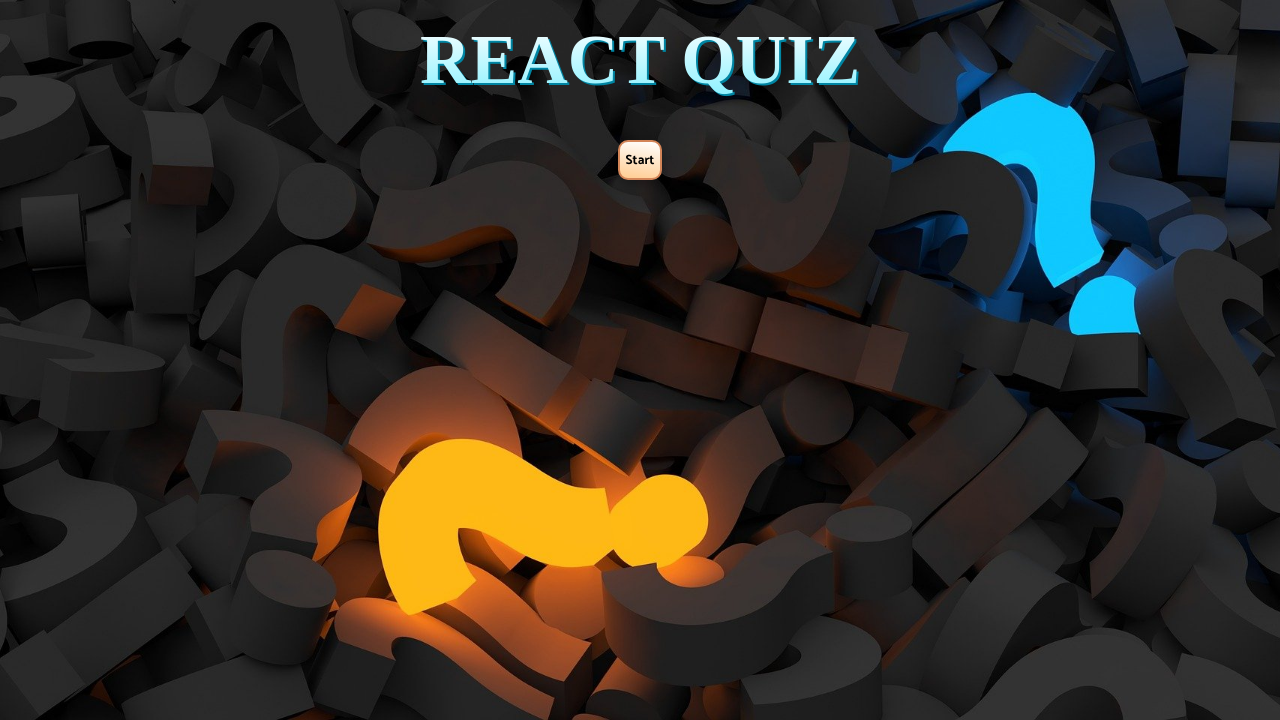
Repository: KrzysKolo/quizAPP
Page: /
These files come from the project's save history. The page is drawn as it stood at one moment and after the next save; the edit follows.
The browser window is 1280 px wide. The pictures show the whole page.
The project was rebuilt for these pictures with package versions that can differ from the ones it lists, and the page was loaded fresh each time. Also part of the build but not shown: src/components/QuestionCard.tsx. Imported but missing from the stored project, and not drawn on this page: src/components/QuestionCard.styles.

Above is the page before, as saved 2021-04-24 19:15:39.

### public/index.html
<!DOCTYPE html>
<html lang="en">
  <head>
    <meta charset="utf-8" />
    <link rel="icon" href="%PUBLIC_URL%/favicon.ico" />
    <meta name="viewport" content="width=device-width, initial-scale=1" />
    <meta name="theme-color" content="#000000" />
    <meta
      name="description"
      content="Web site created using create-react-app"
    />
    <link rel="apple-touch-icon" href="%PUBLIC_URL%/logo192.png" />
    <!--
      manifest.json provides metadata used when your web app is installed on a
      user's mobile device or desktop. See https://developers.google.com/web/fundamentals/web-app-manifest/
    -->
    <link rel="manifest" href="%PUBLIC_URL%/manifest.json" />
    <!--
      Notice the use of %PUBLIC_URL% in the tags above.
      It will be replaced with the URL of the `public` folder during the build.
      Only files inside the `public` folder can be referenced from the HTML.

      Unlike "/favicon.ico" or "favicon.ico", "%PUBLIC_URL%/favicon.ico" will
      work correctly both with client-side routing and a non-root public URL.
      Learn how to configure a non-root public URL by running `npm run build`.
    -->
    <link rel="preconnect" href="https://fonts.gstatic.com">
<link href="https://fonts.googleapis.com/css2?family=Catamaran:wght@700&family=Roboto&display=swap" rel="stylesheet">
    <title>Quiz App</title>
  </head>
  <body>
    <noscript>You need to enable JavaScript to run this app.</noscript>
    <div id="root"></div>
    <!--
      This HTML file is a template.
      If you open it directly in the browser, you will see an empty page.

      You can add webfonts, meta tags, or analytics to this file.
      The build step will place the bundled scripts into the <body> tag.

      To begin the development, run `npm start` or `yarn start`.
      To create a production bundle, use `npm run build` or `yarn build`.
    -->
  </body>
</html>

### src/App.tsx
import React, { useState } from 'react'
import QuestionCard from './components/QuestionCard';
import { fetchQuizQuestions } from './API';
import { QuestionState, Difficulty } from './API';
import { GlobalStyle, Wrapper } from './App.style';

export interface AnswerObject  {
  question: string;
  answer: string;
  correct: boolean;
  correctAnswer: string;
}

const TOTAL_QUESTIONS = 10;

const App = () => {
  const [loading, setLoading] = useState(false);
  const [questions, setQuestions] = useState<QuestionState[]>([]);
  const [number, setNumber] = useState(0);
  const [userAnswers, setUserAnswers] = useState<AnswerObject[]>([]);
  const [score, setScore] = useState(0);
  const [gameOver, setGameOver] = useState(true);

  console.log(questions);

  const startTrivia = async () => {
    setLoading(true);
    setGameOver(false);

    const newQuestions = await fetchQuizQuestions(
      TOTAL_QUESTIONS,
      Difficulty.EASY
    );

    setQuestions(newQuestions);
    setScore(0);
    setUserAnswers([]);
    setNumber(0);
    setLoading(false);
  };


  const checkAnswer = (e: React.MouseEvent<HTMLButtonElement>) => {
    if (!gameOver) {
      const answer = e.currentTarget.value;
      const correct = questions[number].correct_answer === answer;
      if (correct) setScore(prev => prev + 1);
      const answerObject = {
        question: questions[number].question,
        answer,
        correct,
        correctAnswer: questions[number].correct_answer,
      }
      setUserAnswers((prev) => [...prev, answerObject])
    }
  };
  const nextQuestion = () => {
    const nextQuestion = number + 1;
    if (nextQuestion === TOTAL_QUESTIONS) {
      setGameOver(true);
    } else {
      setNumber(nextQuestion);
    }

  };

  return (
    <>
      <GlobalStyle />
    <Wrapper>
      <h1>REACT QUIZ</h1>
      {gameOver || userAnswers.length === TOTAL_QUESTIONS ? (
        <button className="start" onClick={startTrivia}>
          Start
        </button>
      ): null}
      { !gameOver ? <p className="score">Score: {score} </p> : null}
      { loading && <p >Loading Questions... </p>  }
      { !loading && !gameOver && (<QuestionCard
        questionNr={number + 1}
        totalGuestions={TOTAL_QUESTIONS}
        question={questions[number].question}
        answers={questions[number].answers}
        userAnswer={userAnswers ? userAnswers[number] : undefined}
        callback={checkAnswer}

      />)}
      {!gameOver && !loading && userAnswers.length === number + 1 && number !== TOTAL_QUESTIONS - 1 ? (
          <button className='next' onClick={nextQuestion}>
            Next Question
          </button>
        ) : null}
      </Wrapper>
      </>
  )
}

export default App

### src/API.ts

import { shuffleArray } from './utils';

export interface Question  {
  category: string,
  correct_answer: string,
  difficulty: string,
  incorrect_answers: string[],
  question: string,
  type: string,
};
export type QuestionState = Question & { answers: string[] };

export enum Difficulty {
  EASY = "easy",
  MEDIUM = "medium",
  HARD = "hard"
}

export const fetchQuizQuestions = async (amount: number, difficulty: Difficulty) => {
  const endpoint = `https://opentdb.com/api.php?amount=${amount}&difficulty=${difficulty}&type=multiple`;
  const data = await (await fetch(endpoint)).json();
  return data.results.map((question: Question) => (
    {
      ...question,
      answer: shuffleArray([...question.incorrect_answers, question.correct_answer])
    }
  ))
  console.log(data)
}

### src/App.style.ts
import styled, { createGlobalStyle } from 'styled-components';

import BGImage from './images/question-mark-2492009_1920.jpg';

export const GlobalStyle = createGlobalStyle`
  html {
    height: 100vh;

  }

    body {
      background-image: url(${BGImage});
      background-size: cover;
      margin: 0;
      padding: 0 20px;
      display: flex;
      justify-content: center;
    }
    *{
      box-sizing: border-box;
      font-family: 'Catamaran', sans-serif;

    }
`;

export const Wrapper = styled.div`
  display: flex;
  flex-direction: column;
  align-items: center;
  > p {
    color: #fff;
  }
  .score {
    color: #fff;
    font-size: 2rem;
    margin: 0;
  }
  h1 {
    font-family: Fascinate Inline;
    background-image: linear-gradient(180deg, #fff, #87f1ff);
    background-size: 100%;
    background-clip: text;
    -webkit-background-clip: text;
    -webkit-text-fill-color: transparent;
    -moz-background-clip: text;
    -moz-text-fill-color: transparent;
    filter: drop-shadow(2px 2px #0085a3);
    font-size: 70px;
    text-align: center;
    margin: 20px;
  }
  .start, .next {
    cursor: pointer;
    background: linear-gradient(189deg, #fff, #ffcc91);
    border: 2px solid #d38558;
    box-shadow: 0px 5px 10px rgba(0, 0, 0, .25);
    border-radius: 10px;
    height: 40px;
    margin: 20px;
  }
`;

### src/utils.ts
export const shuffleArray = (array: any[]) =>
[...array].sort(() => Math.random() - 0.5)

Loaded but not shown: src/index.tsx (common file); src/index.css (common file)

After the next save:
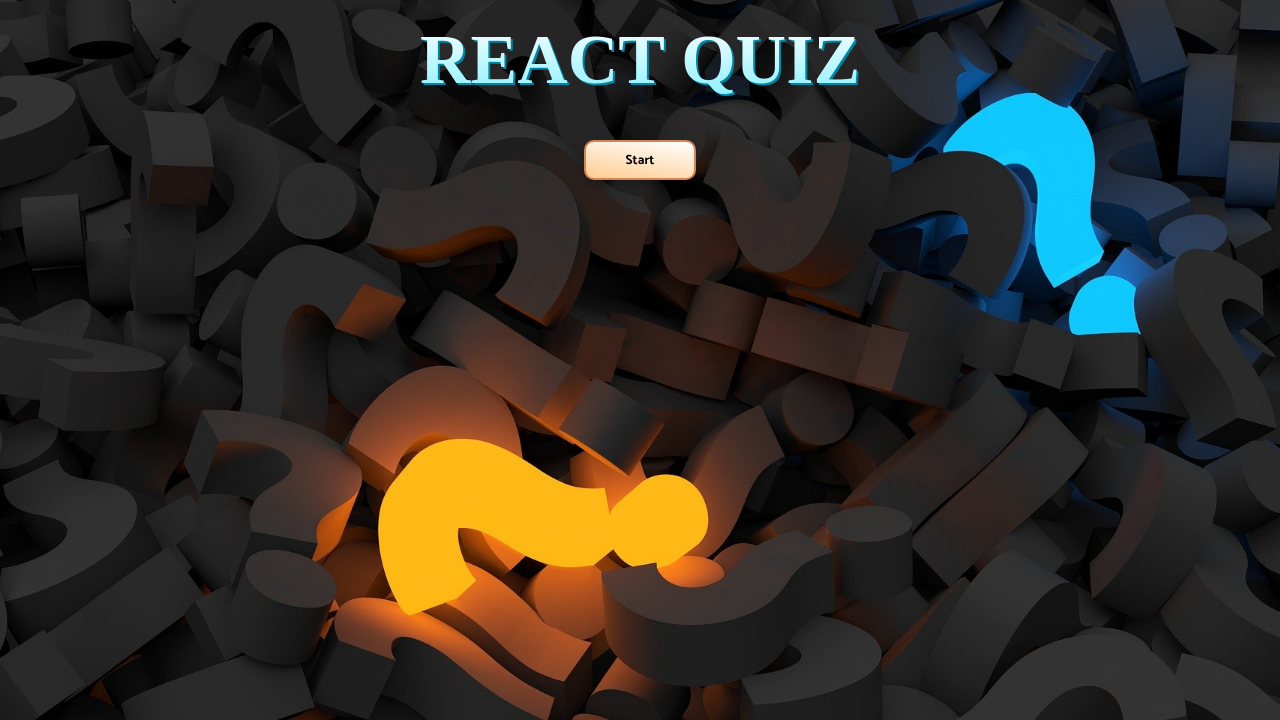
Saved 58 s later.
--- a/src/App.style.ts
+++ b/src/App.style.ts
@@ -56,6 +56,10 @@ export const Wrapper = styled.div`
     box-shadow: 0px 5px 10px rgba(0, 0, 0, .25);
     border-radius: 10px;
     height: 40px;
-    margin: 20px;
+    margin: 20px 0;
+    padding: 0 40px;
+  }
+  .start {
+    max-width: 200px;
   }
 `;
